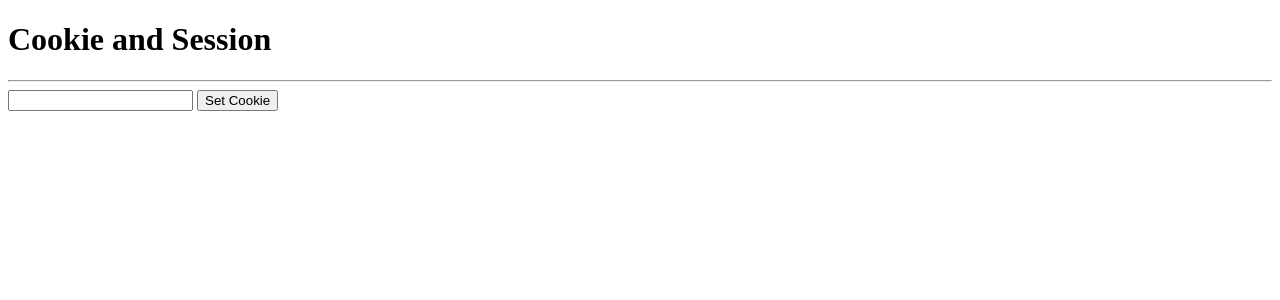
Repository: zxcvne/1400_web_nhs
Page: http://localhost/web/10_Cookie_Session.jsp
An editor plug-in stored every save of this project. The page is shown before and after the next save, followed by the edit.
The browser window is 1280 px wide. The pictures show the whole page.
The page is served by Tomcat 10. Other server files are loaded and not shown.

Above is the page before, as saved 2025-10-26 08:10:37.

### 05_jsp/src/web/src/main/webapp/10_Cookie_Session.jsp
<%@ page language="java" contentType="text/html; charset=UTF-8"
    pageEncoding="UTF-8"%>
<!DOCTYPE html>
<html>
<head>
<meta charset="UTF-8">
<title>Cookie and Session</title>
</head>
<body>
	<h1>Cookie and Session</h1>
	<hr>
	<form name ="myFrom">
		<input type="text" name="customer">
		<input type="button" value="Set Cookie" onclick="setCookie()" >
	</form>
</body>
</html>

After the next save:
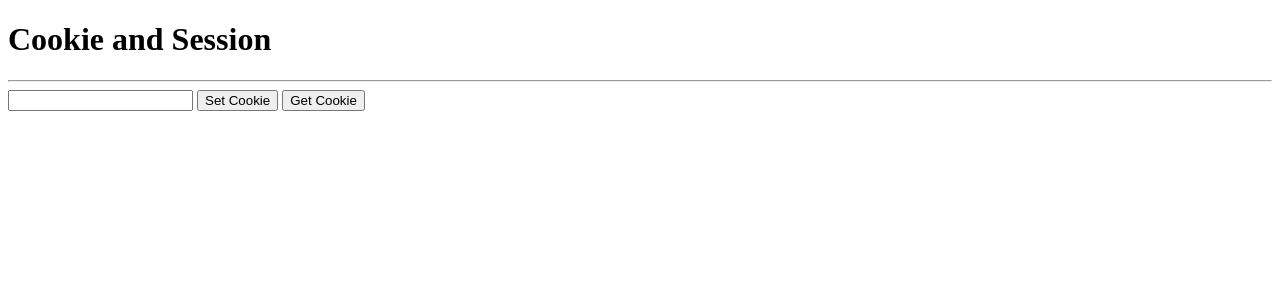
Saved 9 s later.
--- a/05_jsp/src/web/src/main/webapp/10_Cookie_Session.jsp
+++ b/05_jsp/src/web/src/main/webapp/10_Cookie_Session.jsp
@@ -12,6 +12,7 @@
 	<form name ="myFrom">
 		<input type="text" name="customer">
 		<input type="button" value="Set Cookie" onclick="setCookie()" >
+		<input type="button" value="Get Cookie" onclick="getCookie()" >
 	</form>
 </body>
 </html>
